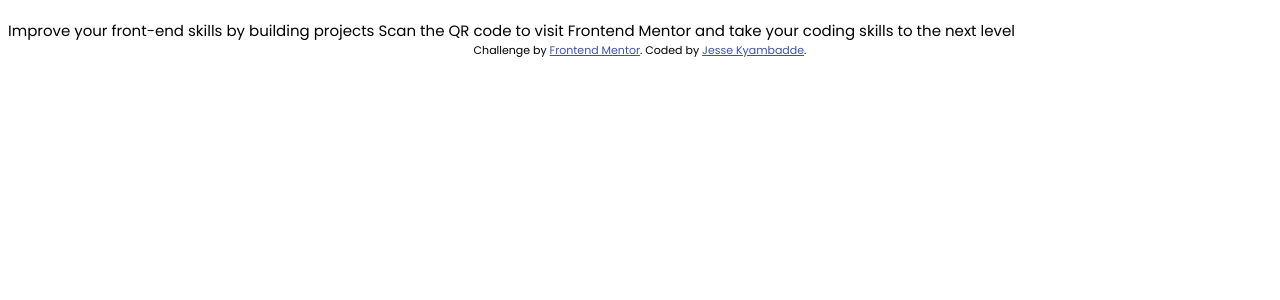
Repository: jesar-enl/qr-code-component-main-sample
Page: index.html
The author's editor kept a copy of each file at every save. The page is drawn from the files as they stood at one save, then again after a run of saves.
The browser window is 1280 px wide. The pictures show the whole page.

Above is the page before, as saved 2022-03-04 08:50:34.

### index.html
<!DOCTYPE html>
<html lang="en">
<head>
  <meta charset="UTF-8">
  <meta name="viewport" content="width=device-width, initial-scale=1.0"> <!-- displays site properly based on user's device -->

  <link rel="icon" type="image/png" sizes="32x32" href="./images/favicon-32x32.png">

  <title>Frontend Mentor | QR code component</title>

  <!-- Feel free to remove these styles or customize in your own stylesheet 👍 -->
  <style>
    .attribution { font-size: 11px; text-align: center; }
    .attribution a { color: hsl(228, 45%, 44%); }
  </style>
  <link rel="stylesheet" href="style.css">
  <link href="https://fonts.googleapis.com/css2?family=Outfit:wght@400;700&family=Poppins:wght@300;400;500;600&display=swap" rel="stylesheet">
</head>
<body>
  <div class="container">
    <div class="container__image">

    </div>
    <div class="container__text">
      <h2 class="container__text-heading"></h2>
    </div>
  </div>

  Improve your front-end skills by building projects

  Scan the QR code to visit Frontend Mentor and take your coding skills to the next level

  <div class="attribution">
    Challenge by <a href="https://www.frontendmentor.io?ref=challenge" target="_blank">Frontend Mentor</a>.
    Coded by <a href="#">Jesse Kyambadde</a>.
  </div>
</body>
</html>

### style.css
* {
    box-sizing: border-box;
}
 body {
     font-size: 15px;
     font-family: 'Outfit', sans-serif;
     font-family: 'Poppins', sans-serif;
 }

After the next 2 saves:
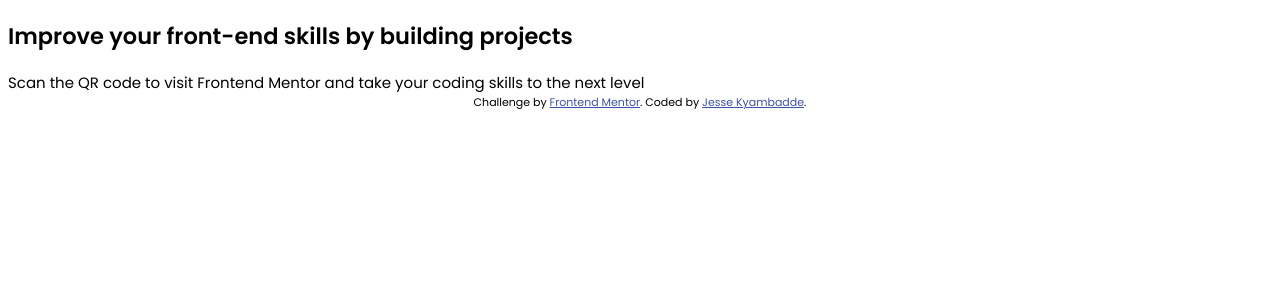
The 2 saves are shown as one change because they came seconds apart.
The last was saved 12 s later.
--- a/index.html
+++ b/index.html
@@ -22,11 +22,11 @@
 
     </div>
     <div class="container__text">
-      <h2 class="container__text-heading"></h2>
+      <h2 class="container__text-heading">Improve your front-end skills by building projects</h2>
     </div>
   </div>
 
-  Improve your front-end skills by building projects
+
 
   Scan the QR code to visit Frontend Mentor and take your coding skills to the next level
 
